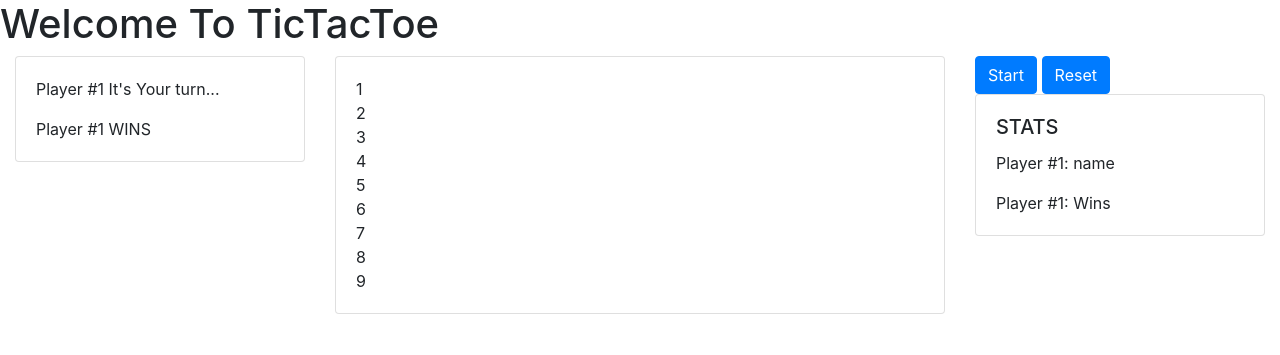
Repository: rOluochKe/JS-TicTacToe
Page: index.html
These files come from the project's save history. The page is drawn as it stood at one moment and after the next save; the edit follows.
The browser window is 1280 px wide. The pictures show the whole page.
Some web libraries are served in a nearby version.

Above is the page before, as saved 2020-05-27 00:31:20.
Not found: css/reset.css

After the next save:
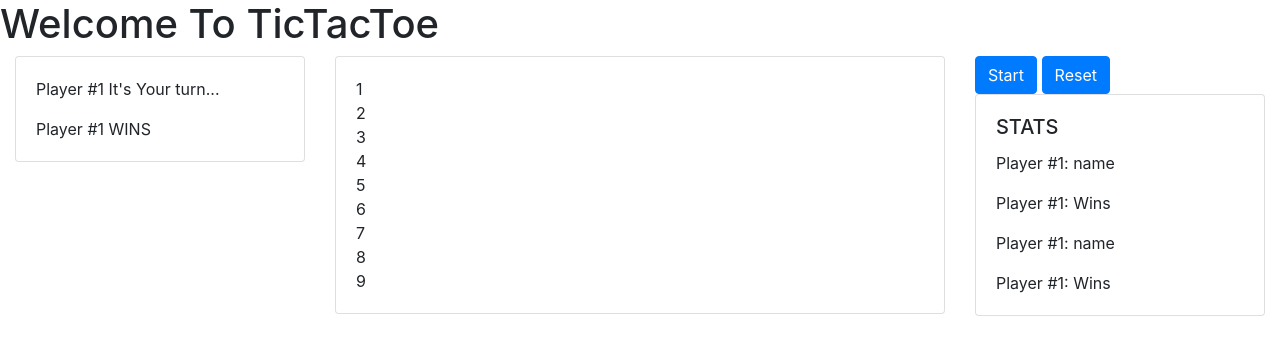
Saved 10 s later.
--- a/index.html
+++ b/index.html
@@ -54,6 +54,9 @@
               <h5 class="card-title">STATS</h5>
               <p class="card-text">Player #1: name</p>
               <p class="card-text">Player #1: Wins</p>
+
+              <p class="card-text">Player #1: name</p>
+              <p class="card-text">Player #1: Wins</p>
             </div>
           </div>
         </div>
